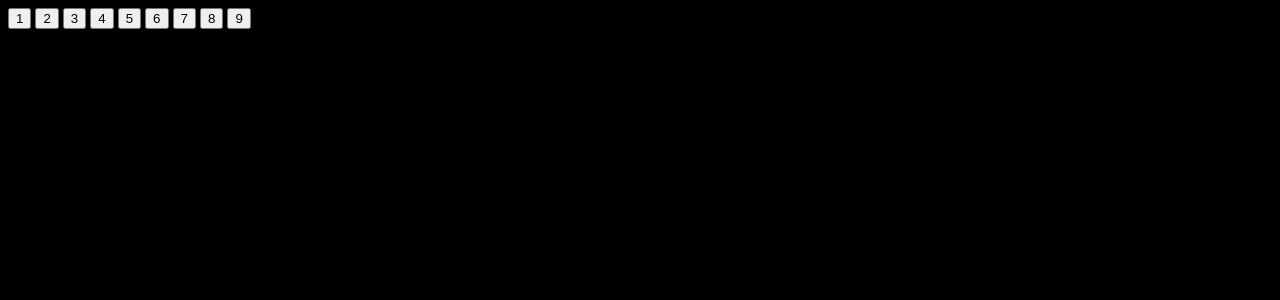
Repository: KaylaDamons/LAB-calculator
Page: index.html
The author's editor kept a copy of each file at every save. The page is drawn from the files as they stood at one save, then again after the next save.
The browser window is 1280 px wide. The pictures show the whole page.

Above is the page before, as saved 2024-01-13 12:42:08.

### index.html
<!DOCTYPE html>
<html lang="en">
<head>
  <meta charset="UTF-8">
  <meta name="viewport" content="width=device-width, initial-scale=1.0">
  <title>Calculator</title>
</head>
<body>
  <div class="wrapper">
    <button class="button">1</button>
    <button class="button">2</button>
    <button class="button">3</button>
    <button class="button">4</button>
    <button class="button">5</button>
    <button class="button">6</button>
    <button class="button">7</button>
    <button class="button">8</button>
    <button class="button">9</button>
  </div>



  <link rel="stylesheet" href="main.css">
</body>
<script src="main.js"></script>
</html>

### main.css
body {
  background-color:black
}

### main.js
console.log("calculator");

After the next save:
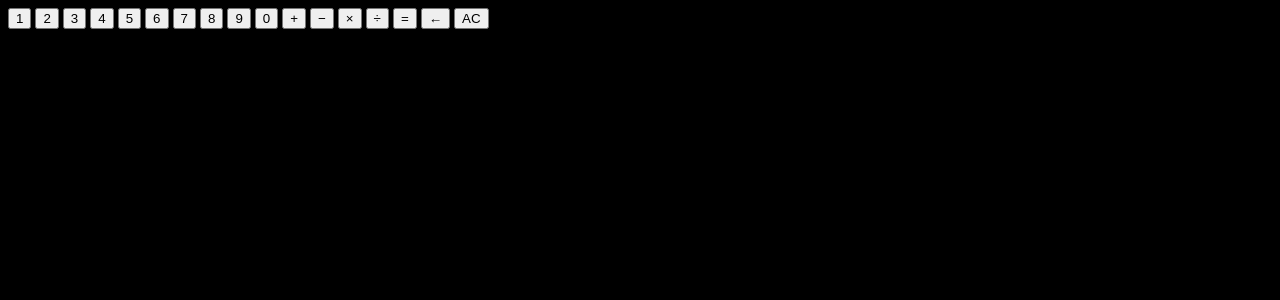
Saved 16 min 53 s later.
--- a/index.html
+++ b/index.html
@@ -16,6 +16,14 @@
     <button class="button">7</button>
     <button class="button">8</button>
     <button class="button">9</button>
+    <button class="button">0</button>
+    <button class="button">&#43</button>
+    <button class="button">&#8722</button>
+    <button class="button">&#215</button>
+    <button class="button">&#247</button>
+    <button class="button">&#61</button>
+    <button class="button">&#8592</button>
+    <button class="button">AC</button>
   </div>
 
 
